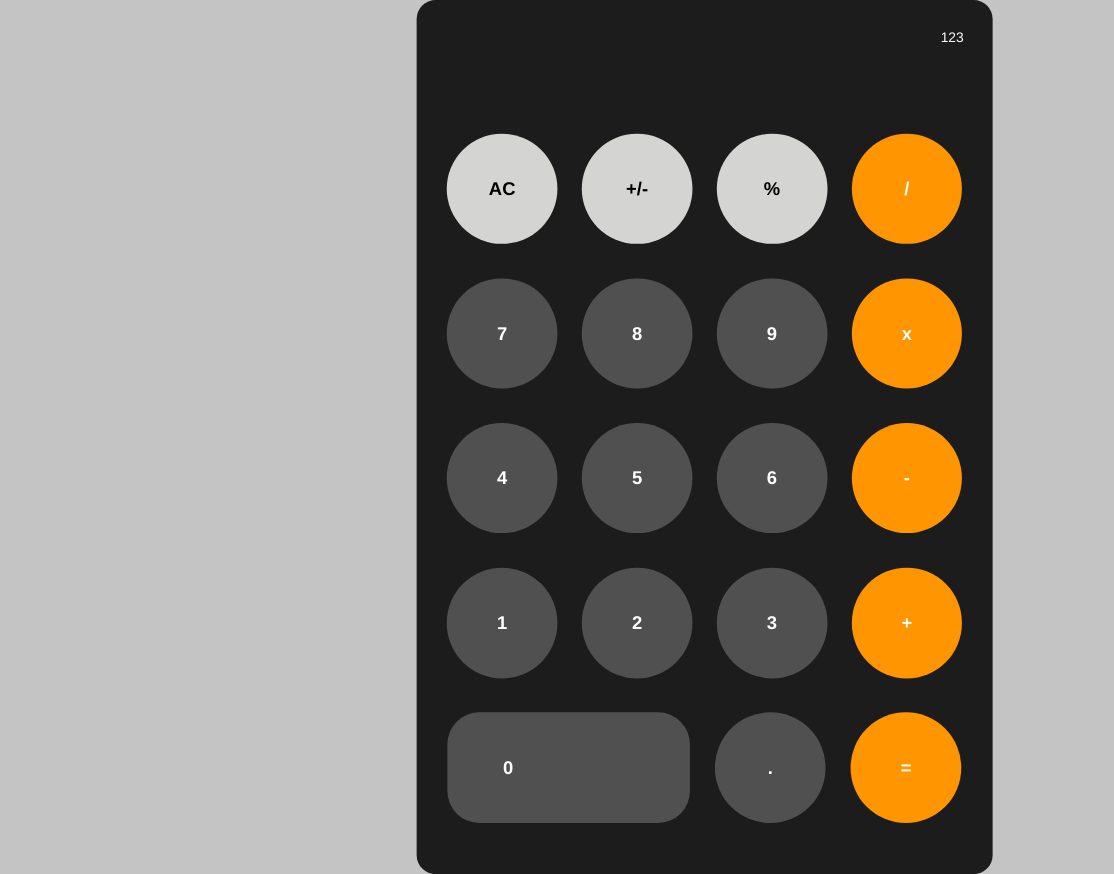
Repository: raulpenate/Calculadora-VUE3
Page: /
An editor plug-in stored every save of this project. The page is shown before and after the next save, followed by the edit.
The browser window is 1280 px wide. The page is 1741 px wide, so the pictures cover 1741 px, including what lies to the right of the window. The pictures show the whole page, at 64% of full size.
The project was rebuilt for these pictures with package versions that can differ from the ones it lists, and the page was loaded fresh each time. Also part of the build but not shown: src/components/HelloWorld.vue.

Above is the page before, as saved 2022-03-11 14:16:34.

### src/App.vue
<template>
  <HelloWorld msg="Welcome to Your Vue.js App"/>
  <Calculator/>
</template>

<script>
import HelloWorld from './components/HelloWorld.vue'
import Calculator from './components/Calculator.vue'

export default {
  name: 'App',
  components: {
    Calculator
  }
}
</script>

<style>
#app {
  font-family: Avenir, Helvetica, Arial, sans-serif;
}
</style>

### src/components/Calculator.vue
<template>
  <div class="container">
    <div class="carcasa">
      <div class="pantalla">
        <div class="datosanteriores"><label class="">123</label></div>
        <input class="pantallainterna" type="number" name="numero" />
      </div>
      <div class="fila">
        <div class="boton gris">AC</div>
        <div class="boton gris">+/-</div>
        <div class="boton gris">%</div>
        <div class="boton orange">/</div>
      </div>
      <div class="fila">
        <div class="boton">7</div>
        <div class="boton">8</div>
        <div class="boton">9</div>
        <div class="boton orange">x</div>
      </div>
      <div class="fila">
        <div class="boton">4</div>
        <div class="boton">5</div>
        <div class="boton">6</div>
        <div class="boton orange">-</div>
      </div>
      <div class="fila">
        <div class="boton">1</div>
        <div class="boton">2</div>
        <div class="boton">3</div>
        <div class="boton orange">+</div>
      </div>
      <div class="fila final">
        <div class="boton grande">0</div>
        <div class="boton">.</div>
        <div class="boton orange">=</div>
      </div>
    </div>
  </div>
</template>

<script>
export default {};
</script>

<style>
* {
  padding: 0;
  margin: 0;
  box-sizing: border-box;
}

body {
  background: #c4c4c4;
  margin: auto 36%;
     height: 100%;
    width: 100%;
      display: flex;
  justify-content: center;
  align-items: center;
}

.container {
    height: 100%;
    width: 100%;
  display: flex;
  justify-content: center;
  align-items: center;
}
/* CARCASA */

.carcasa {
  background: #1c1c1c;
  display: flex;
  flex-flow: wrap;
  justify-content: space-between;
  border-radius: 30px;
  max-width: 900px;
}

/* PANTALLA */

.pantalla {
  padding: 5%;
  display: flex;
  flex-wrap: wrap;
  align-content: stretch;
  width: 100%;
}

.pantallainterna {
  display: inline-block;
  position: relative;
  width: 100%;
  background: #1c1c1c;
  color: #ffffff;
  outline: none;
  border: none;
  text-align: right;
  font-size: 8vh;
}

input[type="number"]::-webkit-inner-spin-button,
input[type="number"]::-webkit-outer-spin-button {
  -webkit-appearance: none;
  margin: 0;
}

.datosanteriores {
  font-size: 3vh;
  width: 100%;
  color: #fff;
  text-align: right;
}

/* BOTONES */

.fila {
  width: 100%;
  font-weight: bold;
  display: flex;
  flex-flow: wrap row;
  justify-content: space-evenly;
  margin: 2%;
}

.boton {
  background: #505050;
  color: #ffffff;
  width: 20px;
  height: 20px;
  position: relative;
  font-size: 4vh;
  padding: 10%;
  display: flex;
  justify-content: center;
  align-items: center;
  border-radius: 50%;
  margin: 1%;
}

.orange {
  background: #ff9500;
}

.gris {
  background: #d4d4d2;
  color: #000;
}

.boton:hover {
  background: rgba(255, 255, 255, 0.4);
}

.orange:hover {
  background: rgba(247, 127, 72, 0.9);
}

.inicio {
  margin-top: 1%;
}

.final {
  margin-bottom: 8%;
}

.grande {
  flex-grow: 0.7;
  border-radius: 50px;
  display: flex;
  justify-content: start;
}
</style>

Loaded but not shown: public/index.html (common file); src/main.js (common file)

After the next save:
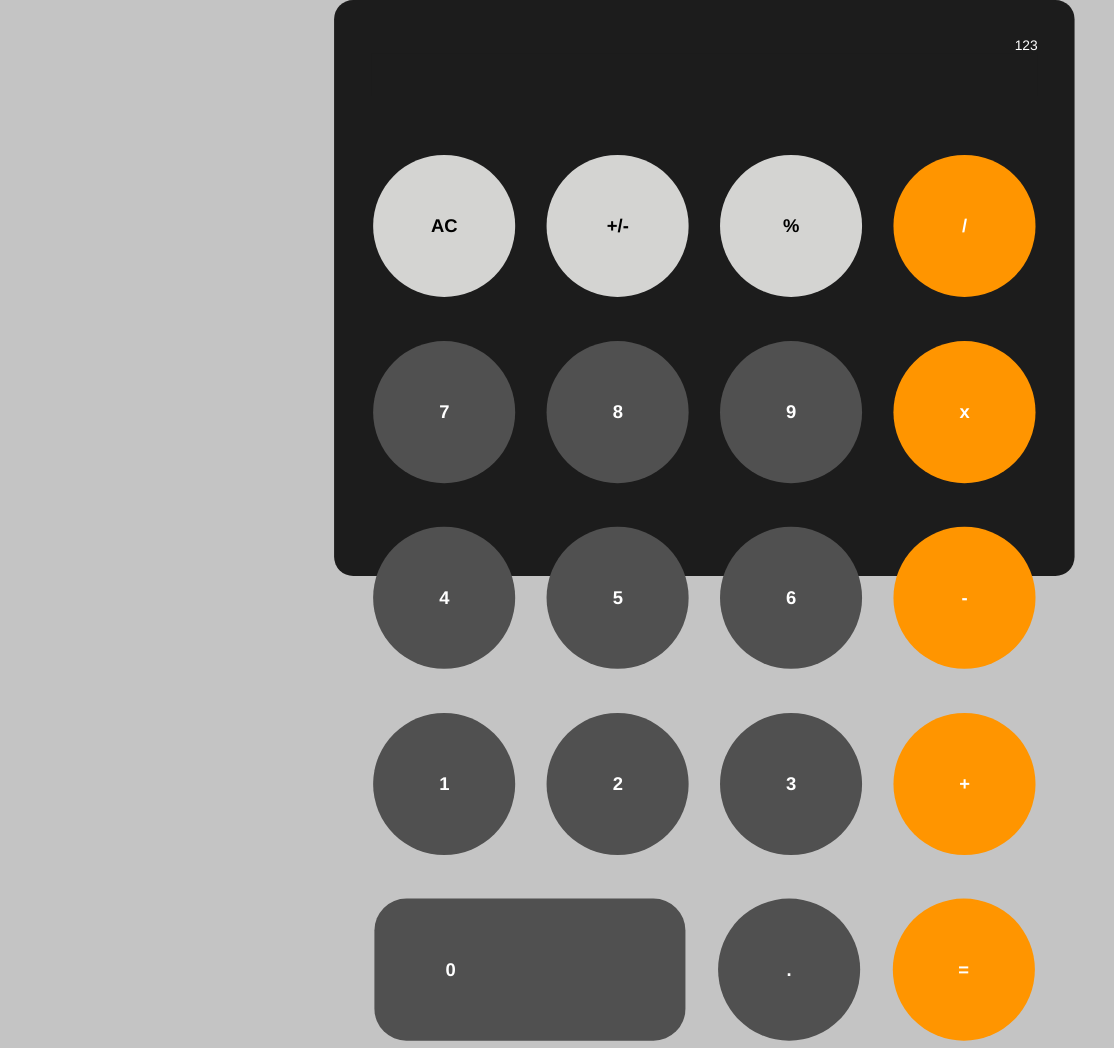
Saved 8 s later.
--- a/src/components/Calculator.vue
+++ b/src/components/Calculator.vue
@@ -74,7 +74,7 @@ body {
   flex-flow: wrap;
   justify-content: space-between;
   border-radius: 30px;
-  max-width: 900px;
+  max-height: 900px;
 }
 
 /* PANTALLA */
